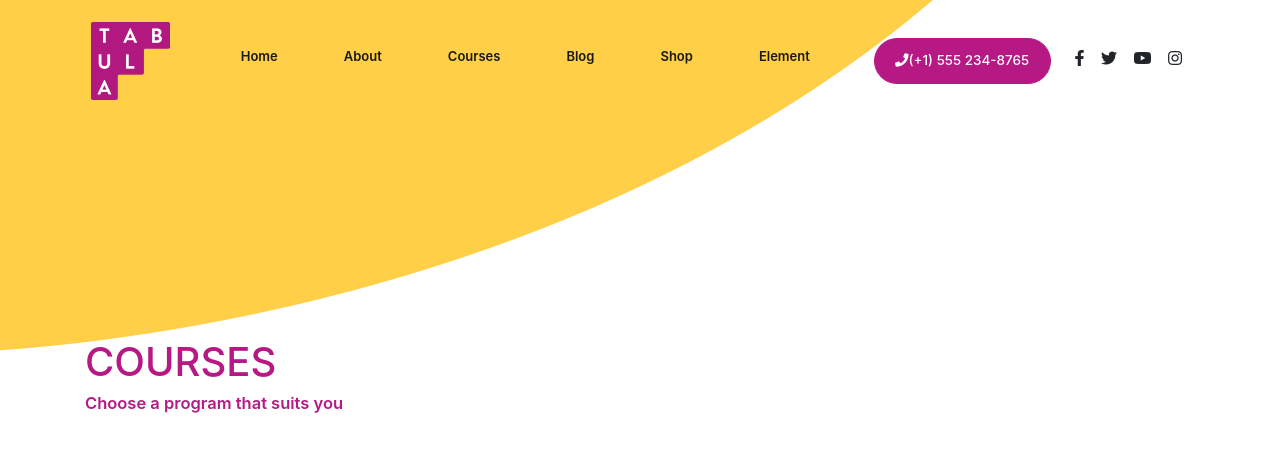
Repository: Khanh1234-glitch/TruongNguyenBaoKhanh_BC22_assignment__tabula
Page: Tabula/index.html
These files come from the project's save history. The page is drawn as it stood at one moment and after the next save; the edit follows.
The browser window is 1280 px wide. The pictures show the whole page.
The style sheet was rebuilt from its Sass, Less or Tailwind sources for each picture, by a compiler version that may differ from the author's.

Above is the page before, as saved 2022-04-16 09:27:24.

After the next save:
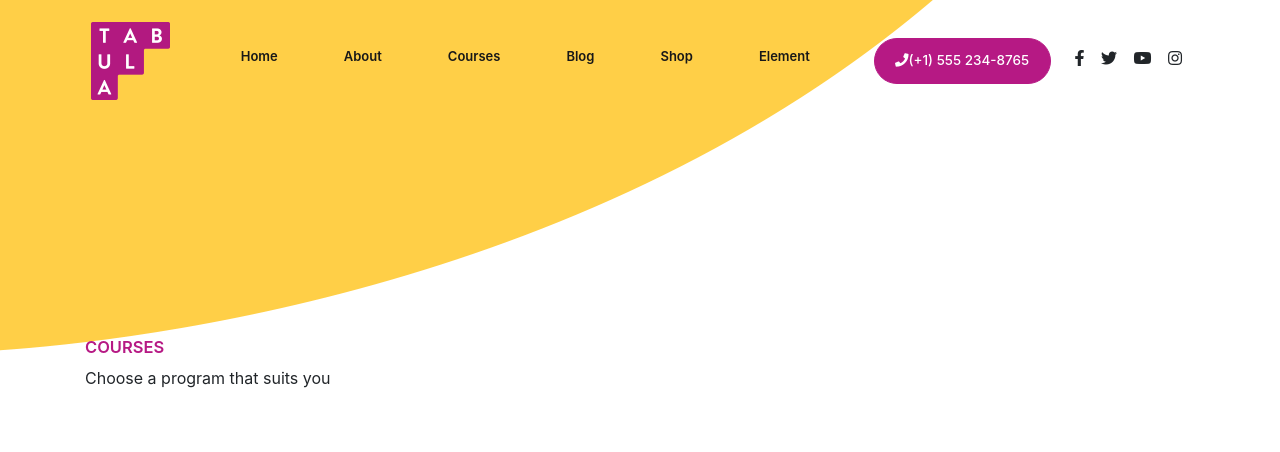
Saved 16 s later.
--- a/Tabula/Sass/Component/_herobook.scss
+++ b/Tabula/Sass/Component/_herobook.scss
@@ -1,5 +1,7 @@
 .hero-book {
     margin-top: 216px;
-    @include content2($fs-7, $fw-2, $color3);
-    line-height: 19.8px;
+    h1 {
+        @include content2($fs-7, $fw-2, $color3);
+        line-height: 19.8px;
+    }
 }
